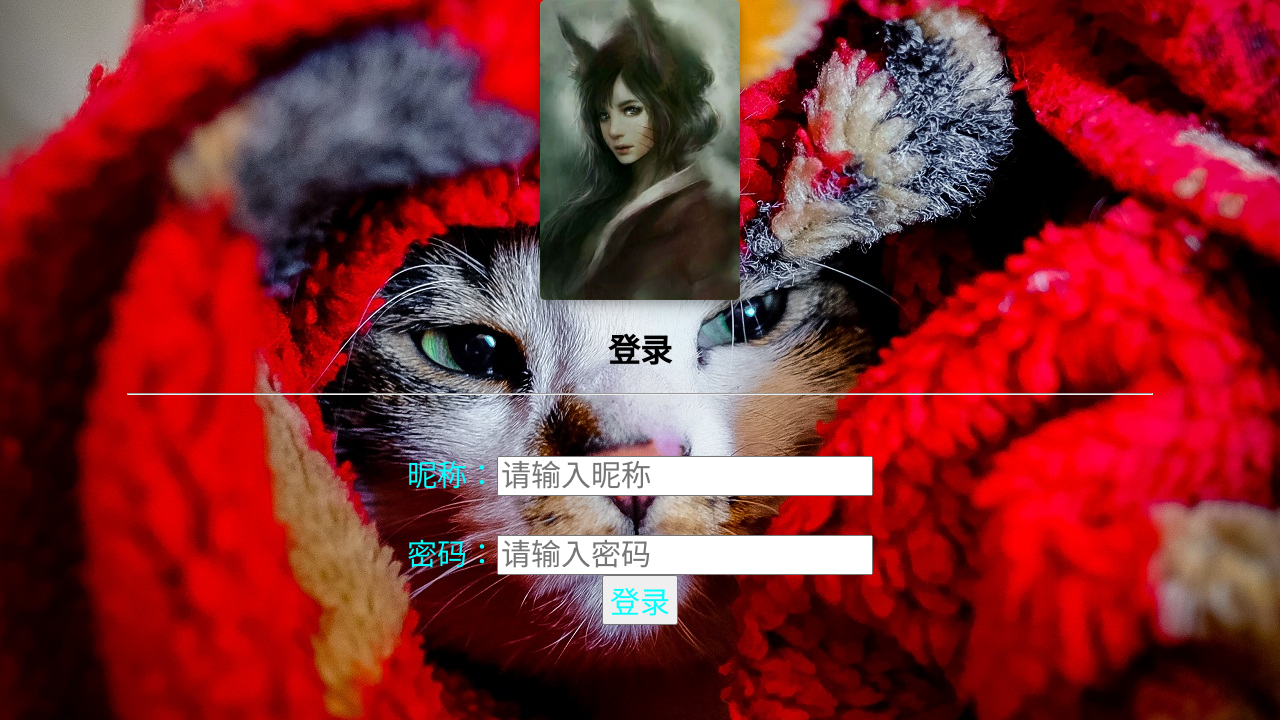
Repository: JuniorProjectTraining/free
Page: http://localhost/emss/login.jsp
These files come from the project's save history. The page is drawn as it stood at one moment and after the next save; the edit follows.
The browser window is 1280 px wide. The pictures show the whole page.
The page is served by Tomcat 9.

Above is the page before, as saved 2019-12-25 13:45:18.

After the next save:
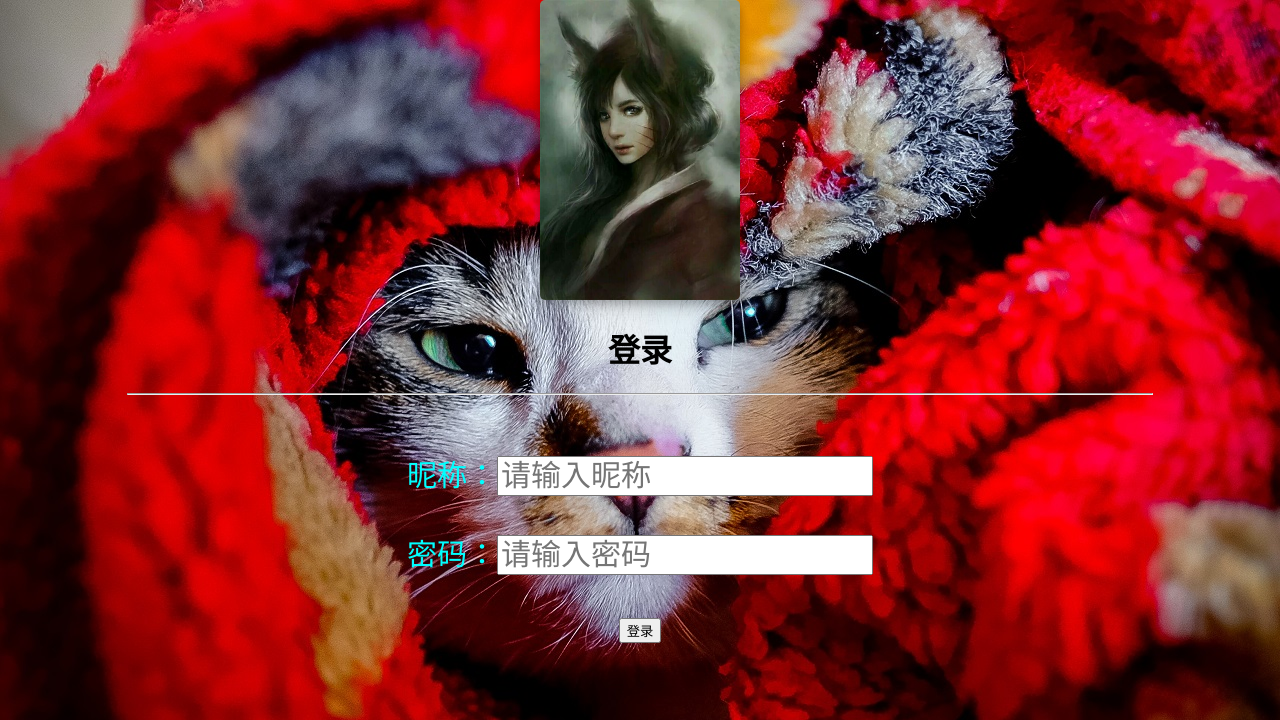
Saved 2 min 8 s later.
--- a/emss/src/main/webapp/login.jsp
+++ b/emss/src/main/webapp/login.jsp
@@ -53,8 +53,10 @@ body {
 				<br>
 				<br>
 				密码：<input type="password" id="password" name="password"
-					placeholder="请输入密码"/ > <br> <input type="submit"
-					value="登录" />
+					placeholder="请输入密码"/ >
+					<br>
+					<br>
+					<button type="submit" value="登录">登录</button>
 			</p>
 		</form>
 	</div>
